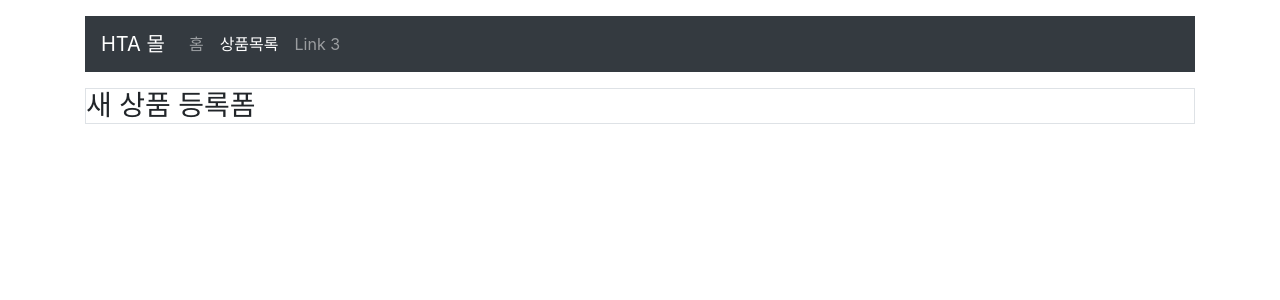
Repository: onuo77/HTA
Page: http://localhost/sample-mybatis/product/form.jsp
These files come from the project's save history. The page is drawn as it stood at one moment and after the next save; the edit follows.
The browser window is 1280 px wide. The pictures show the whole page.
The page is served by Tomcat 9. Other server files are loaded and not shown.

Above is the page before, as saved 2021-05-26 05:22:58.

### java-web/sample-mybatis/src/main/webapp/product/form.jsp
<%@ page contentType="text/html; charset=UTF-8" pageEncoding="UTF-8" %>
<!DOCTYPE html>
<html lang="ko">
<head>
  	<title>Bootstrap 4 Example</title>
  	<meta charset="utf-8">
  	<meta name="viewport" content="width=device-width, initial-scale=1">
  	<link rel="stylesheet" href="https://maxcdn.bootstrapcdn.com/bootstrap/4.5.2/css/bootstrap.min.css">
  	<script src="https://ajax.googleapis.com/ajax/libs/jquery/3.5.1/jquery.min.js"></script>
  	<script src="https://cdnjs.cloudflare.com/ajax/libs/popper.js/1.16.0/umd/popper.min.js"></script>
  	<script src="https://maxcdn.bootstrapcdn.com/bootstrap/4.5.2/js/bootstrap.min.js"></script>
</head>
<body>
<div class="container">
<%
	String navItem = "product";
%>
	<header>
		<%@include file="../common/header.jsp" %>
	</header>
	<main>
		<div class="row">
			<div class="col-12">
				<h3 class="border">새 상품 등록폼</h3>
			</div>
		</div>
	</main>
	<footer>

	</footer>
</div>
</body>
</html>

### java-web/sample-mybatis/src/main/webapp/common/header.jsp
<%@ page pageEncoding="UTF-8"%>
<nav class="navbar navbar-expand-sm bg-dark navbar-dark my-3">
	<a class="navbar-brand" href="">HTA 몰</a>
  	<ul class="navbar-nav">
    	<li class="nav-item <%="home".equals(navItem) ? "active" : "" %>"><a class="nav-link" href="/sample-mybatis/index.jsp">홈</a></li>
    	<li class="nav-item <%="product".equals(navItem) ? "active" : "" %>"><a class="nav-link" href="/sample-mybatis/product/list.jsp">상품목록</a></li>
    	<li class="nav-item"><a class="nav-link" href="#">Link 3</a></li>
  	</ul>
</nav>

After the next save:
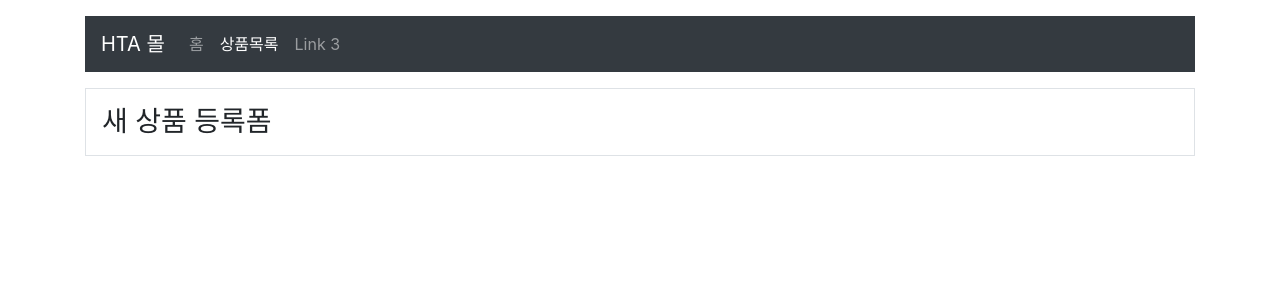
Saved 10 s later.
--- a/java-web/sample-mybatis/src/main/webapp/product/form.jsp
+++ b/java-web/sample-mybatis/src/main/webapp/product/form.jsp
@@ -21,7 +21,7 @@
 	<main>
 		<div class="row">
 			<div class="col-12">
-				<h3 class="border">새 상품 등록폼</h3>
+				<h3 class="border p-3">새 상품 등록폼</h3>
 			</div>
 		</div>
 	</main>
